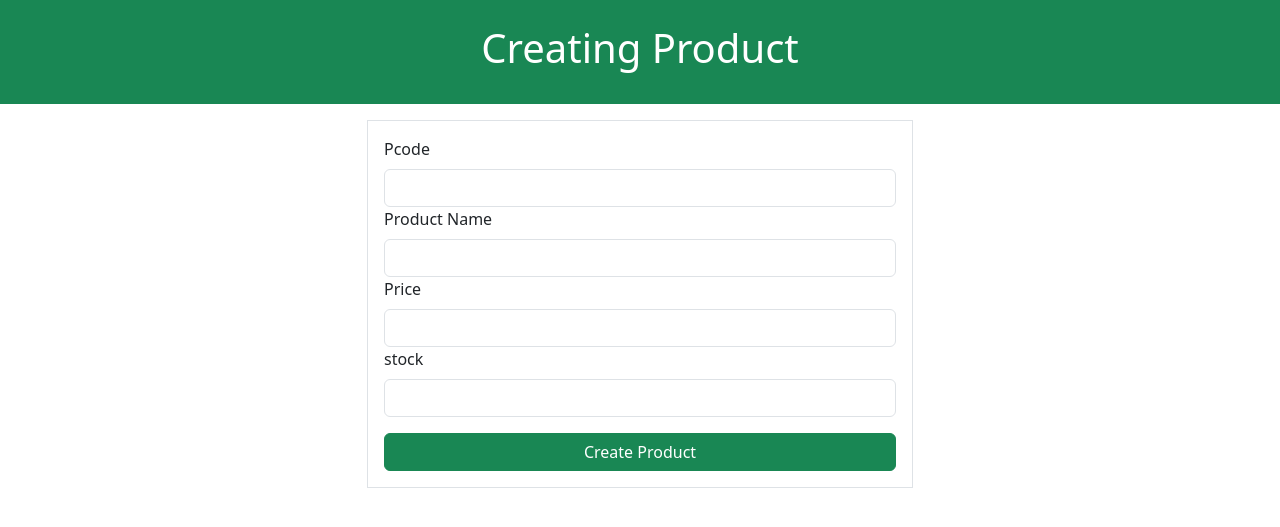
Repository: igatecomputereducation/classes
Page: http://localhost/spring-mvc-project/crproducts
The author's editor kept a copy of each file at every save. The page is drawn from the files as they stood at one save, then again after the next save.
The browser window is 1280 px wide. The pictures show the whole page.
The page is served by Tomcat 9. Other server files are loaded and not shown.

Above is the page before, as saved 2024-02-27 04:34:49.

### spring-mvc-project/spring-mvc-project/src/main/webapp/WEB-INF/spring-config.xml
<?xml version="1.0" encoding="UTF-8"?>
<beans xmlns="http://www.springframework.org/schema/beans"
	xmlns:p="http://www.springframework.org/schema/p"
	xmlns:util="http://www.springframework.org/schema/util"
	xmlns:xsi="http://www.w3.org/2001/XMLSchema-instance"
	xmlns:context="http://www.springframework.org/schema/context"
	xmlns:mvc="http://www.springframework.org/schema/mvc"

	xsi:schemaLocation="
        http://www.springframework.org/schema/beans
        http://www.springframework.org/schema/beans/spring-beans.xsd
         http://www.springframework.org/schema/util
         http://www.springframework.org/schema/util/spring-util.xsd
        http://www.springframework.org/schema/context
        http://www.springframework.org/schema/context/spring-context.xsd
        http://www.springframework.org/schema/mvc
        http://www.springframework.org/schema/mvc/spring-mvc.xsd
        ">

	<context:annotation-config/>
	<context:component-scan	base-package="com.igate" />

	<mvc:annotation-driven/>
	<mvc:resources location="/WEB-INF/resources/" mapping="/assets/**">

	</mvc:resources>

	<bean name="viewResolver" class="org.springframework.web.servlet.view.InternalResourceViewResolver">
		<property name="prefix" value="/WEB-INF/views/"></property>
		<property name="suffix" value=".jsp"></property>
	</bean>

	<bean name="dmds" class="org.springframework.jdbc.datasource.DriverManagerDataSource">
		<property name="driverClassName" value="com.mysql.jdbc.Driver"></property>
		<property name="url" value="jdbc:mysql://localhost:3306/opentrade"></property>
		<property name="username" value="root"></property>
		<property name="password" value=""></property>
	</bean>

	<bean name="jtemp" class="org.springframework.jdbc.core.JdbcTemplate">
		<property name="dataSource" ref="dmds"></property>
	</bean>

	<bean name="dao" class="com.igate.DaoImpl">
		<property name="jt" ref="jtemp"></property>
	</bean>


</beans>

### spring-mvc-project/spring-mvc-project/src/main/webapp/WEB-INF/views/crproducts.jsp
<%@ page language="java" contentType="text/html; charset=ISO-8859-1"
    pageEncoding="ISO-8859-1"%>
<!DOCTYPE html>
<html lang="en">
<head>
    <meta charset="UTF-8">
    <meta name="viewport" content="width=device-width, initial-scale=1.0">
    <title>Create product page</title>
    <link href="https://cdn.jsdelivr.net/npm/bootstrap@5.3.3/dist/css/bootstrap.min.css" rel="stylesheet" integrity="sha384-QWTKZyjpPEjISv5WaRU9OFeRpok6YctnYmDr5pNlyT2bRjXh0JMhjY6hW+ALEwIH" crossorigin="anonymous">
</head>
<body>
    <div class="bg-success p-4 text-center text-white">
        <h1>Creating Product</h1>
    </div>
    <div class="container">
        <div class="row">
            <div class="col-md-3">
            </div>
            <div class="col-md-6">
                <div class="border p-3 mt-3">
                    <form action="dbcrproducts" method="post">
                        <label for="pcode" class="form-label">Pcode</label>
                        <input type="text" name="pcode" id="pcode" autocomplete="off" required class="form-control">
                        <label for="pname" class="form-label">Product Name</label>
                        <input type="text" name="pname" id="pname" autocomplete="off" required class="form-control">
                        <label for="price" class="form-label">Price</label>
                        <input type="text" name="price" id="price" autocomplete="off" required class="form-control">
                        <label for="stock" class="form-label">stock</label>
                        <input type="text" name="stock" id="stock" autocomplete="off" required class="form-control">
                        <input type="submit" value="Create Product" class="btn btn-success w-100 mt-3">
                    </form>
                </div>
            </div>
            <div class="col-md-3">
            </div>
        </div>
    </div>
    <script src="https://cdn.jsdelivr.net/npm/bootstrap@5.3.3/dist/js/bootstrap.bundle.min.js" integrity="sha384-YvpcrYf0tY3lHB60NNkmXc5s9fDVZLESaAA55NDzOxhy9GkcIdslK1eN7N6jIeHz" crossorigin="anonymous"></script>
</body>
</html>

### spring-mvc-project/spring-mvc-project/src/main/java/com/igate/MyController.java
package com.igate;

import org.springframework.beans.factory.annotation.Autowired;
import org.springframework.stereotype.Component;
import org.springframework.stereotype.Controller;
import org.springframework.web.bind.annotation.RequestMapping;
import org.springframework.web.bind.annotation.RequestMethod;
import org.springframework.web.bind.annotation.RequestParam;

@Controller
public class MyController {

	@Autowired
	private DaoImpl daoimpl;

	@RequestMapping("/test")
	public String getTest() {
		String sql="insert into products values(1003,'Garden chair',1000,20)";
		daoimpl.insertProducts(sql);
		return "test";
	}

	@RequestMapping("/crproducts")
	public String products_crproducts() {
		return "crproducts";
	}

	@RequestMapping(path="/dbcrproducts",method=RequestMethod.POST)
	public String products_dbcrproducts(@RequestParam("pcode")int pcode,@RequestParam("pname")String pname,@RequestParam("price")float price,@RequestParam("stock")int stock) {
		String qry=String.format("insert into products values(%d,'%s',%f,%d)", pcode,pname,price,stock);
		daoimpl.insertProducts(qry);
		return "dispproducts";
	}






}

### spring-mvc-project/spring-mvc-project/src/main/java/com/igate/DaoImpl.java
package com.igate;

import org.springframework.jdbc.core.JdbcTemplate;
import org.springframework.stereotype.Component;

public class DaoImpl {
	private JdbcTemplate jt;

	public void setJt(JdbcTemplate jt) {
		this.jt = jt;
	}

	public void insertProducts(String qry) {
		jt.update(qry);
	}

}

After the next save:
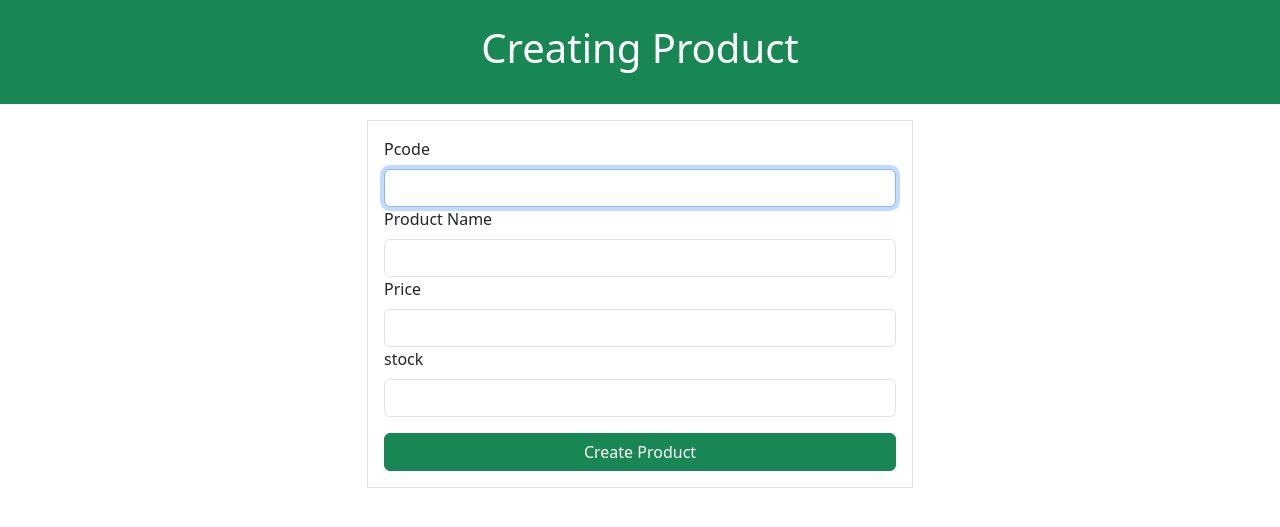
Saved 58 s later.
--- a/spring-mvc-project/spring-mvc-project/src/main/webapp/WEB-INF/views/crproducts.jsp
+++ b/spring-mvc-project/spring-mvc-project/src/main/webapp/WEB-INF/views/crproducts.jsp
@@ -20,7 +20,7 @@
                 <div class="border p-3 mt-3">
                     <form action="dbcrproducts" method="post">
                         <label for="pcode" class="form-label">Pcode</label>
-                        <input type="text" name="pcode" id="pcode" autocomplete="off" required class="form-control">
+                        <input type="text" name="pcode" id="pcode" autocomplete="off" required autofocus class="form-control">
                         <label for="pname" class="form-label">Product Name</label>
                         <input type="text" name="pname" id="pname" autocomplete="off" required class="form-control">
                         <label for="price" class="form-label">Price</label>
